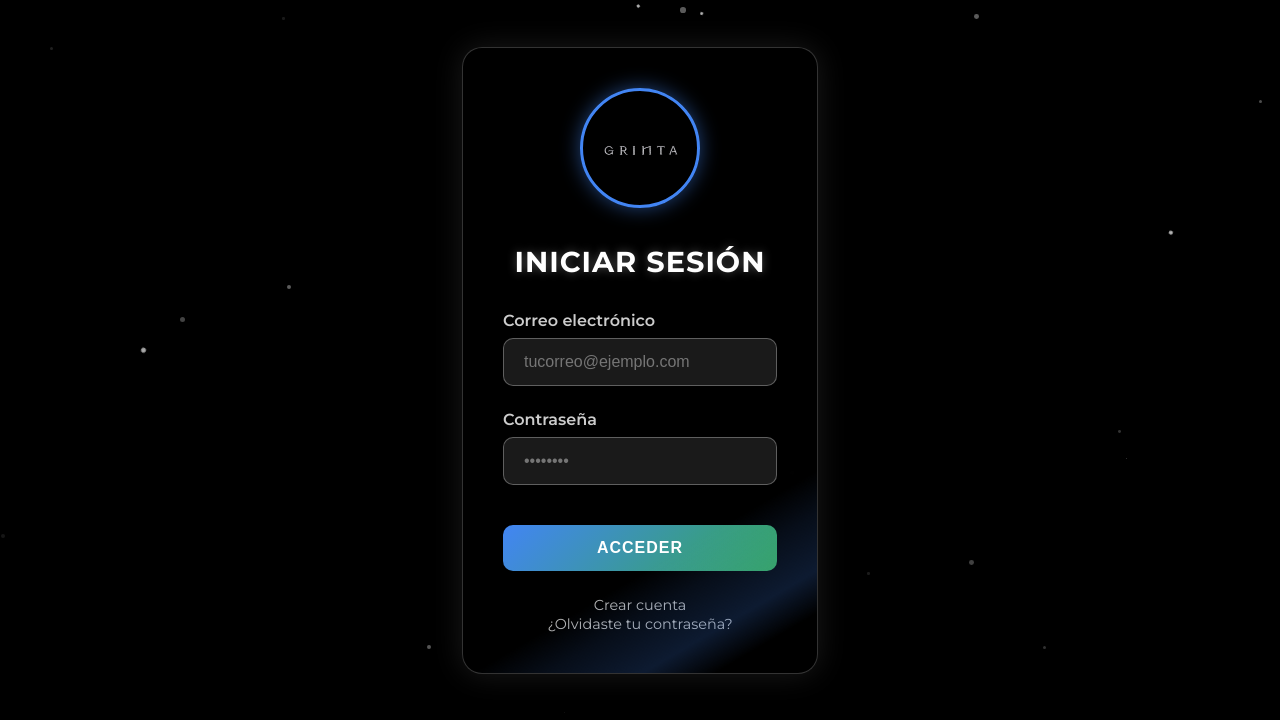
Repository: Juanho432381/GRINTA
Page: login.html
An editor plug-in stored every save of this project. The page is shown before and after a run of saves, followed by the edit.
The browser window is 1280 px wide. The pictures show the whole page.

Above is the page before, as saved 2025-07-24 14:38:45.

After the next 2 saves:
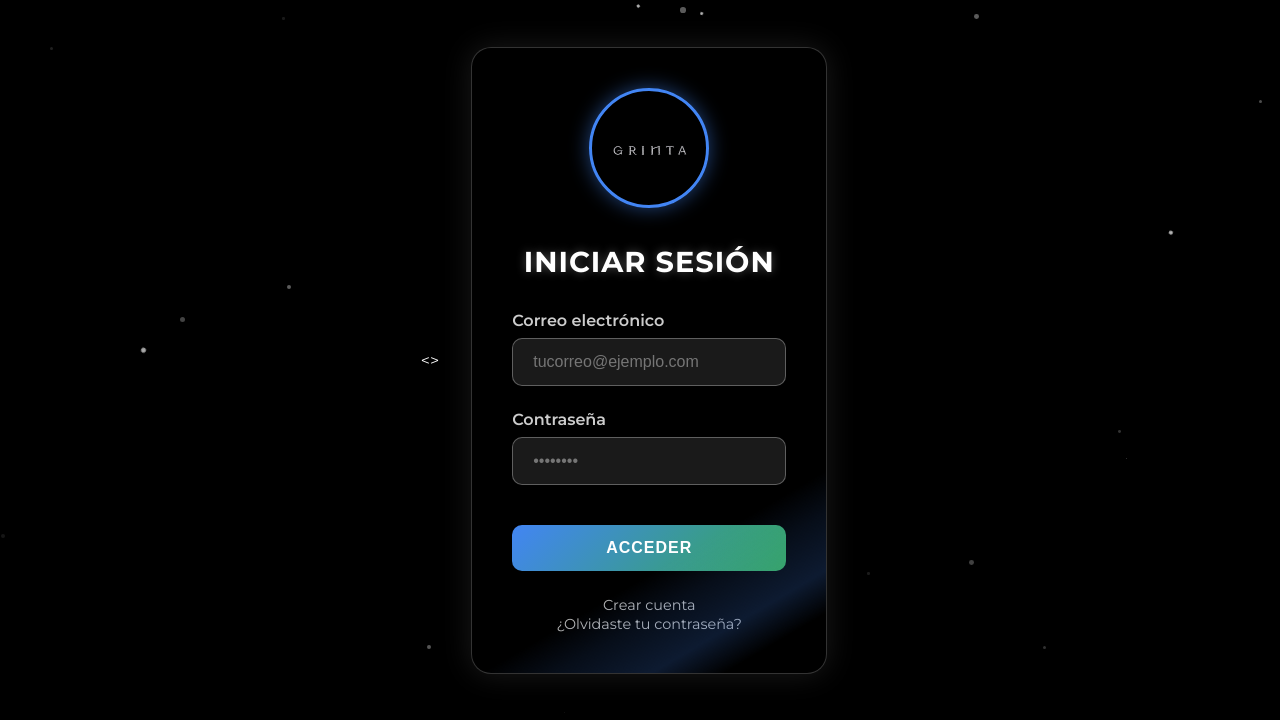
The 2 saves are shown as one change because they came seconds apart.
The last was saved 8 s later.
--- a/login.html
+++ b/login.html
@@ -1,6 +1,6 @@
 <!DOCTYPE html>
 <html lang="es">
-<head>
+<>
   <meta charset="UTF-8">
   <meta name="viewport" content="width=device-width, initial-scale=1.0">
   <title>Grinta | Login Premium</title>
@@ -215,7 +215,6 @@
       }
     }
   </style>
-</head>
 <body>
   <!-- Efecto de partículas -->
   <div class="particles" id="particles"></div>
